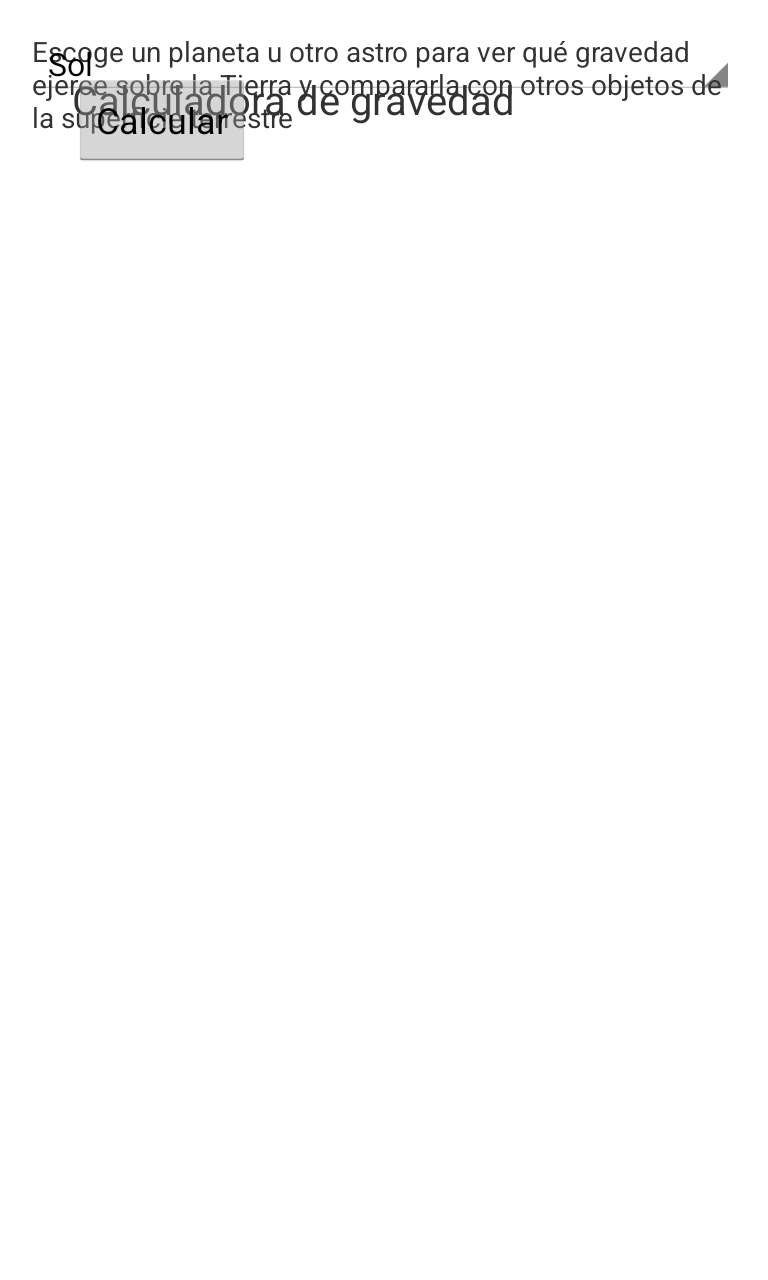
Repository: Jumax9/myPersonalNewton
Layout: MyPersonalNewton/res/layout/activity_main.xml
An editor plug-in stored every save of this project. The layout is shown before and after a run of saves, followed by the edit.
It is drawn on a 768 x 1280 px phone screen (xhdpi) without system bars, with theme AppTheme; the app's code is not run.

Above is the layout before, as saved 2014-03-15 00:41:23.

After the next 2 saves:
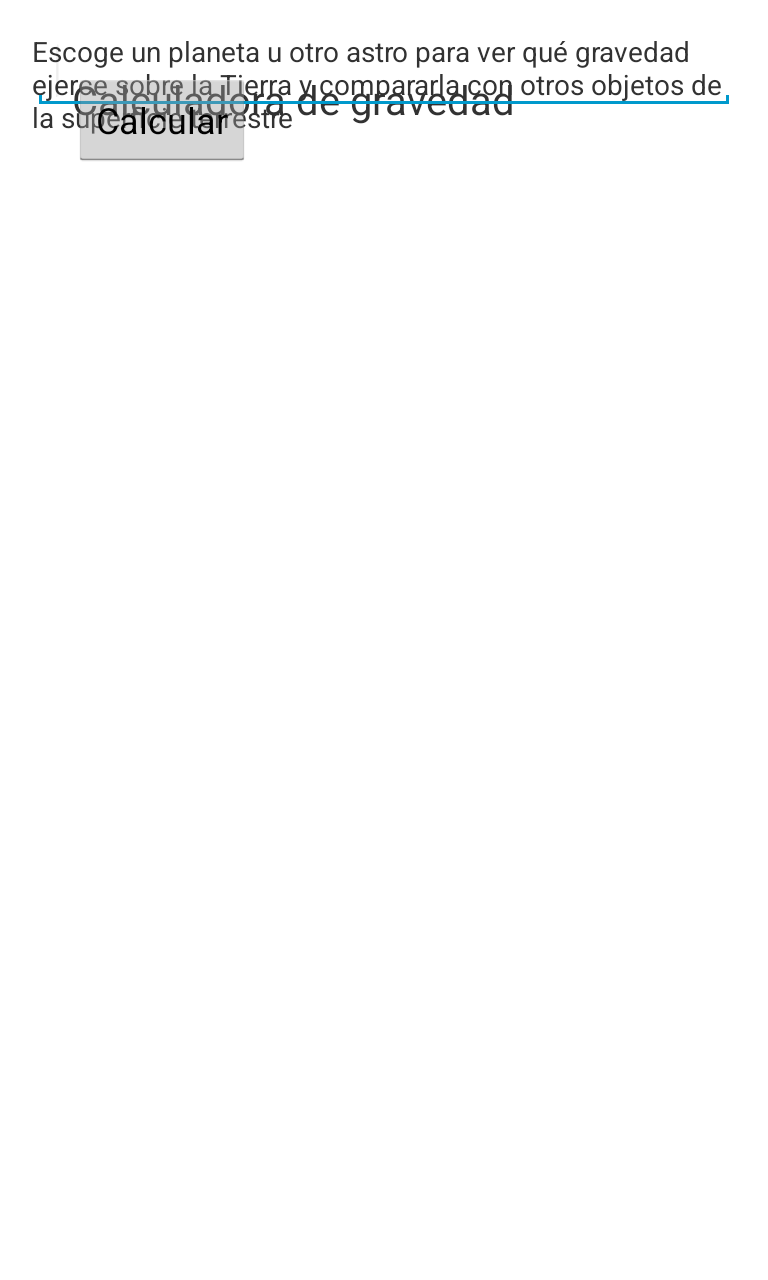
The 2 saves are shown as one change because they came seconds apart.
The last was saved 2 min 2 s later.
--- a/MyPersonalNewton/res/layout/activity_main.xml
+++ b/MyPersonalNewton/res/layout/activity_main.xml
@@ -38,22 +38,22 @@
         android:layout_height="wrap_content"
         android:text="@string/astro" />
 
-    <Spinner
-        android:id="@+id/spinner1"
-        android:layout_width="match_parent"
+<!--     <Spinner -->
+<!--         android:id="@+id/spinner1" -->
+<!--         android:layout_width="match_parent" -->
+<!--         android:layout_height="wrap_content" -->
+<!--         android:entries="@array/planet_array" -->
+<!--         android:prompt="@string/planet_prompt" /> -->
+
+    <EditText
+        android:id="@+id/planetaNum"
+        android:layout_width="fill_parent"
         android:layout_height="wrap_content"
-        android:entries="@array/planet_array"
-        android:prompt="@string/planet_prompt" />
+        android:inputType="number"
+        android:maxLength="6" >
 
-<!--     <EditText -->
-<!--         android:id="@+id/planetaNum" -->
-<!--         android:layout_width="fill_parent" -->
-<!--         android:layout_height="wrap_content" -->
-<!--         android:inputType="number" -->
-<!--         android:maxLength="6" > -->
-
-<!--         <requestFocus /> -->
-<!--     </EditText> -->
+        <requestFocus />
+    </EditText>
 
     <Button
         android:id="@+id/calcular"
